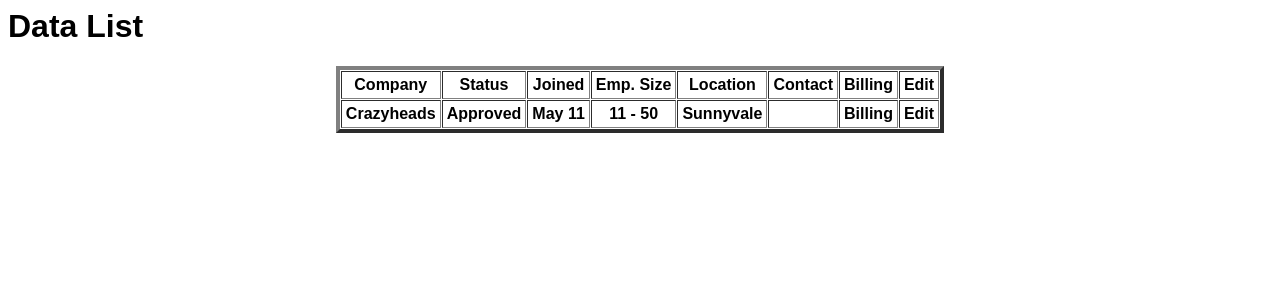
Repository: AdityaTech-Pro/FullStackWithBridgelabz
Page: Assignment2/Data_List/index.html
An editor plug-in stored every save of this project. The page is shown before and after a run of saves, followed by the edit.
The browser window is 1280 px wide. The pictures show the whole page.

Above is the page before, as saved 2025-10-15 09:27:17.

### Assignment2/Data_List/index.html
<html>

<head>
    <style>
        body {
            font-family: Arial, Helvetica, sans-serif;
        }

        .center {
            margin-left: auto;
            margin-right: auto;
        }
    </style>
</head>
<title>
    <h2>Welcome to My Web Page</h2>
</title>

<body>
    <table border="4" cellspacing="1" cellpadding="4" class="center">
        <h1 class="center">Data List</h1>
        <tr>
            <th>Company</th>
            <th>Status</th>
            <th>Joined</th>
            <th>Emp. Size</th>
            <th>Location</th>
            <th>Contact</th>
            <th>Billing</th>
            <th>Edit</th>
        </tr>

        <tr>
            <th>Crazyheads</th>
            <th>Approved</th>
            <th>May 11</th>
            <th>11 - 50</th>
            <th>Sunnyvale</th>
            <th></th>
            <th>Billing</th>
            <th>Edit</th>
        </tr>

</body>

</html>

After the next 4 saves:
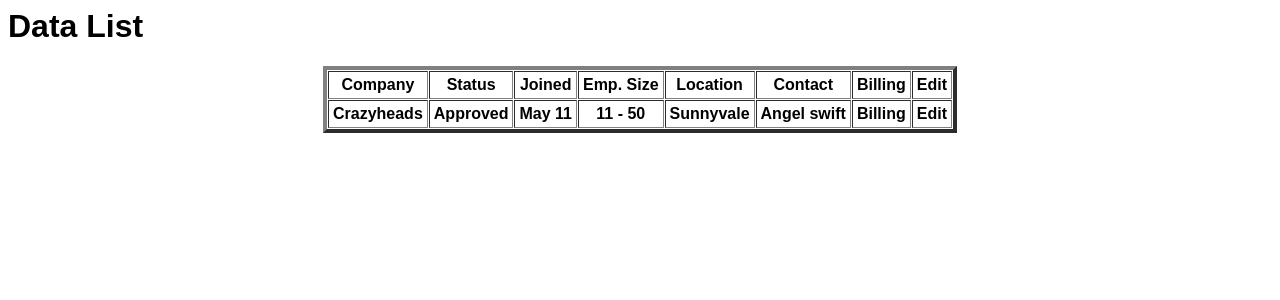
The 4 saves are shown as one change because they came seconds apart.
The last was saved 15 s later.
--- a/Assignment2/Data_List/index.html
+++ b/Assignment2/Data_List/index.html
@@ -36,7 +36,7 @@
             <th>May 11</th>
             <th>11 - 50</th>
             <th>Sunnyvale</th>
-            <th></th>
+            <th>Angel swift</th>
             <th>Billing</th>
             <th>Edit</th>
         </tr>
